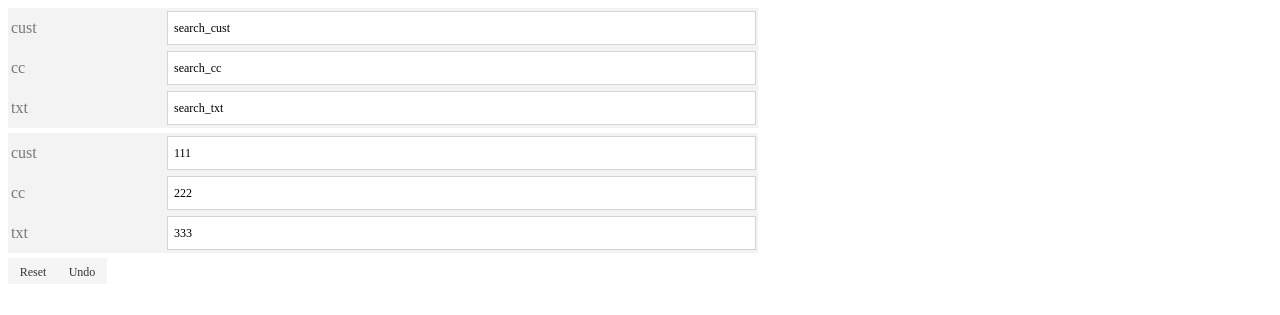
Repository: moonyohan1/react-recoil-ts
Page: / (app in 3.Input/)
The author's editor kept a copy of each file at every save. The page is drawn from the files as they stood at one save, then again after a run of saves.
The browser window is 1280 px wide. The pictures show the whole page.
The project was rebuilt for these pictures with package versions that can differ from the ones it lists, and the page was loaded fresh each time.

Above is the page before, as saved 2022-09-05 13:37:43.

After the next 3 saves:
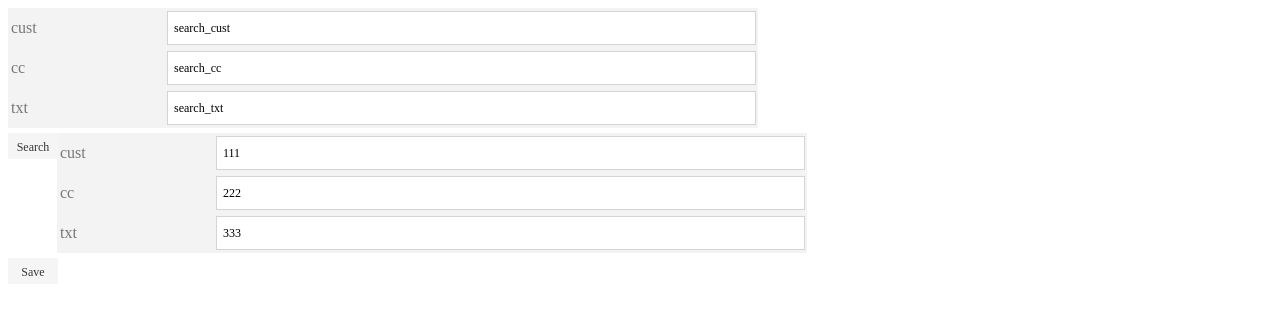
The 3 saves are shown as one change because 2 did not build or start.
The last was saved 35 s later.
--- a/3.Input/src/App.tsx
+++ b/3.Input/src/App.tsx
@@ -8,8 +8,8 @@ import {
 } from "recoil";
 
 import { Form } from "Form/Form";
-import {Reset} from 'Item/Reest';
-import {Undo} from 'Item/Undo';
+import {Search} from 'Item/Search';
+import {Save} from 'Item/Save';
 import './css/index.css'
 
 function App() {
@@ -17,9 +17,9 @@ function App() {
 	  <div className="App">
 		<RecoilRoot>
 			<Form modelKey={'searchModel'}></Form>
+			<Search modelKey={'searchModel'}></Search>
 		  	<Form modelKey={'dataModel'}></Form>
-			<Reset></Reset>
-			<Undo></Undo>
+			<Save modelKey={'dataModel'}></Save>
 		</RecoilRoot>
 	  </div>
 	);
--- a/3.Input/src/Item/Save.tsx
+++ b/3.Input/src/Item/Save.tsx
@@ -1,17 +1,17 @@
 
 import { useResetRecoilState } from 'recoil';
-import { history } from 'Form/state';
+import { modelByKey } from 'Form/state';
 
 
-export const Undo = () => {
-	const UndoValue = ()=>{
-		history.pop()?.undo();
+export const Save = ({modelKey}) => {
+	const onClick = () => {
+		window.alert(modelByKey(modelKey));
 	}
 
 	return (
 		<div className="control-set">
 			<div className="control">
-				<button id="new" className="btn btn-default" onClick={UndoValue}>Undo</button>
+				<button id="new" className="btn btn-default" onClick={onClick}>Save</button>
 			</div>
 		</div>
 	);
